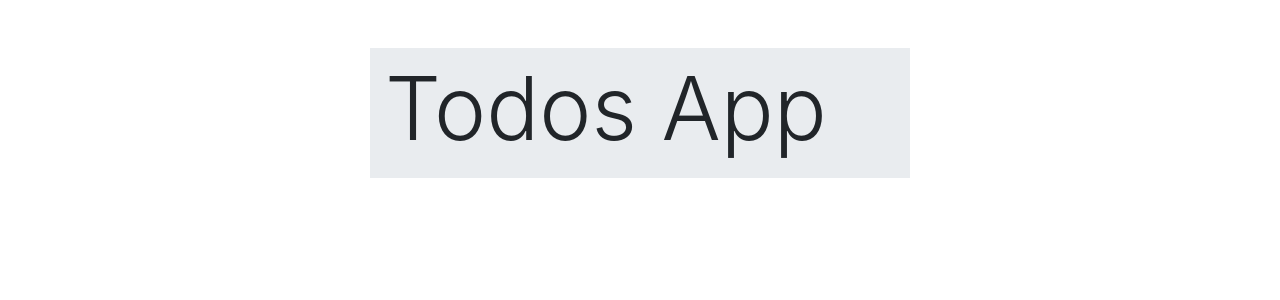
Repository: nguyenan97/todo-app-react
Page: / (app in todo-app/)
The author's editor kept a copy of each file at every save. The page is drawn from the files as they stood at one save, then again after the next save.
The browser window is 1280 px wide. The pictures show the whole page.
The project was rebuilt for these pictures with package versions that can differ from the ones it lists, and the page was loaded fresh each time. Also part of the build but not shown: todo-app/src/App.css.

Above is the page before, as saved 2019-12-27 12:26:22.

After the next save:
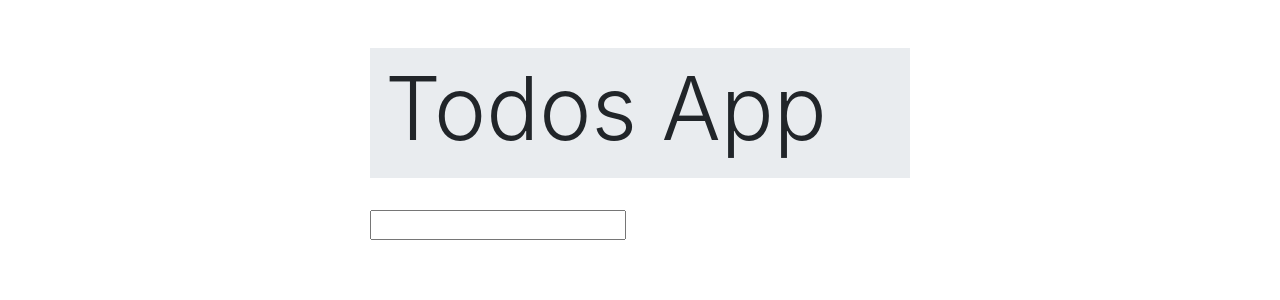
Saved 2 min 36 s later.
--- a/todo-app/src/App.js
+++ b/todo-app/src/App.js
@@ -3,11 +3,17 @@ import './App.css';
 
 function App() {
   return (
-    <div className="jumbotron jumbotron-fluid py-2">
-      <div className="container">
-        <h1 className="display-2">Todos App</h1>
+    <div>
+      <div className="jumbotron jumbotron-fluid py-2">
+        <div className="container">
+          <h1 className="display-2">Todos App</h1>
+        </div>
       </div>
+      <form className="mb-3">
+        <input type="text" />
+      </form>
     </div>
+
   );
 }
 
